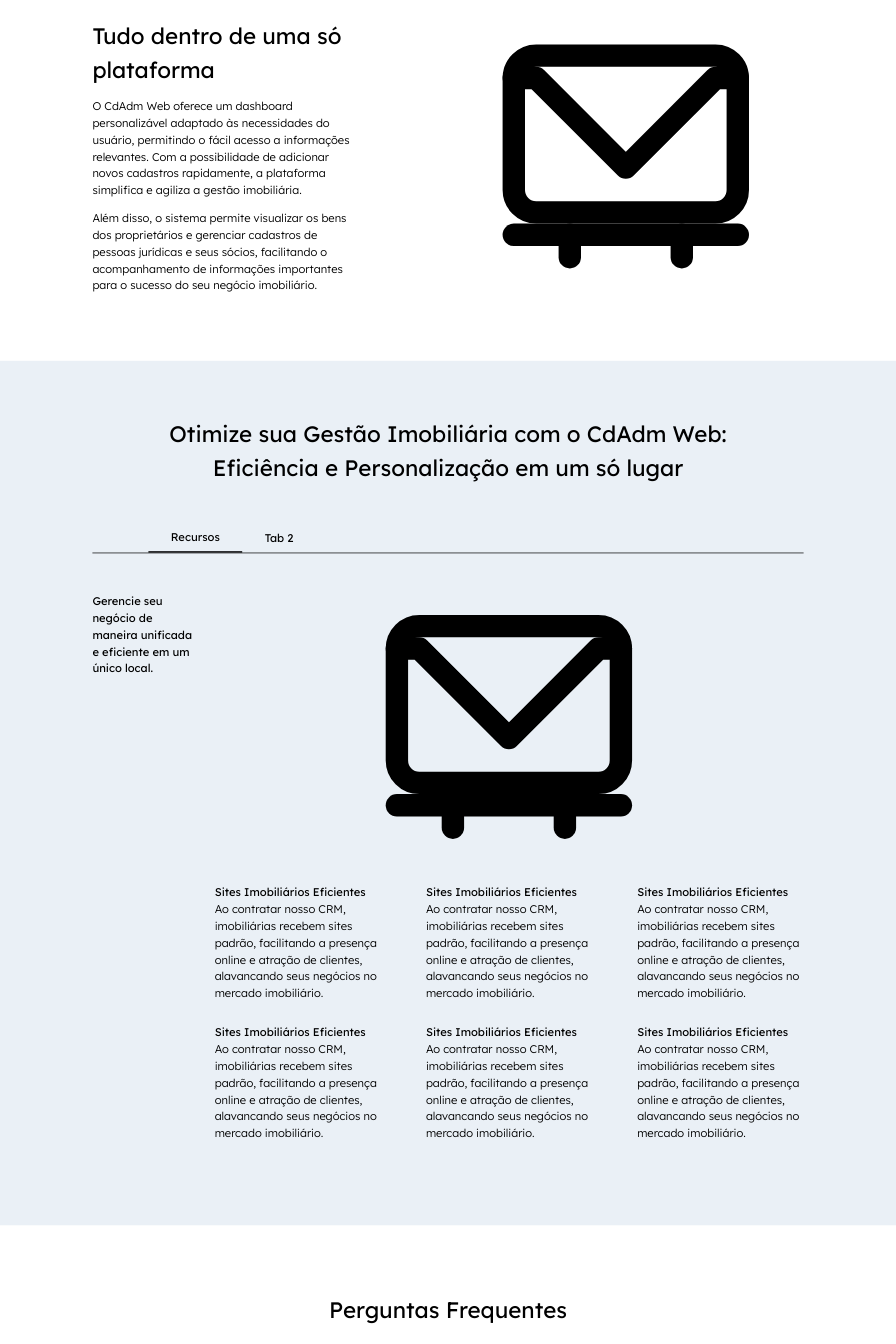
Repository: VereAbsolutum/site-institucional
Page: /cdAdmgrafico
The author's editor kept a copy of each file at every save. The page is drawn from the files as they stood at one save, then again after the next save.
The browser window is 1280 px wide. The pictures show the part of the page from y = 628 to 2548 px (the page is 3162 px tall), at 70% of full size.
The project was rebuilt for these pictures with package versions that can differ from the ones it lists, and the page was loaded fresh each time. Also part of the build but not shown: vite.config.ts, src/presentation/components/buttons/button-base.tsx, src/presentation/components/buttons/button-border-primary.tsx, src/presentation/components/buttons/button-primary.tsx, src/presentation/components/links/link-border-primary.tsx, src/presentation/components/links/link-border-white.tsx, src/presentation/components/typography/display.tsx, src/presentation/components/typography/paragraph-small.tsx and 12 more.

Above is the page before, as saved 2023-04-16 19:13:36.

### src/App.tsx
import React from 'react'
import { BrowserRouter, Routes, Route } from "react-router-dom"
import { Home, NotFound, Product } from './presentation/pages'

const App: React.FC = () => {
  return (
    <BrowserRouter >
      <Routes>
        <Route path='/' element={<Home />} />
        <Route path='/cdAdmgrafico' element={<Product />} />
        <Route path='*' element={<NotFound />} />
      </Routes>
    </BrowserRouter>
  )
}

export default App

### src/index.css
@import url('https://fonts.googleapis.com/css2?family=Lexend+Deca:wght@300;400&family=Manrope:wght@800&family=Playfair+Display:wght@500&display=swap');

@tailwind base;
@tailwind components;
@tailwind utilities;

### src/presentation/pages/index.ts
export { default as Home } from './home/home'
export { default as Product } from './product/product'
export { default as NotFound } from './not-found/notFound'

### src/presentation/pages/product/product.tsx
import { Tab } from '@headlessui/react';
import { MapPinIcon } from '@heroicons/react/24/solid';
import React, { useState } from 'react';
import { Accordion, Footer, Header, LinkPrimary, TabButton, TabPanel, TextHeading1, TextHeading2, TextParagraph } from '../../components';

export type Pergunta = {
    title: string,
    content: string
}

const product: React.FC = () => {
    const [activeTab, setActiveTab] = useState(0);

    const perguntasFrequentes: Pergunta[] = [
        {
            title: 'Pergunta',
            content: 'Resposta para a pergunta 1. Lorem ipsum dolor sit amet, consectetur adipiscing elit.'
        },
        {
            title: 'Pergunta',
            content: 'Resposta para a pergunta 1. Lorem ipsum dolor sit amet, consectetur adipiscing elit.'
        },
        {
            title: 'Pergunta',
            content: 'Resposta para a pergunta 1. Lorem ipsum dolor sit amet, consectetur adipiscing elit.'
        },
        {
            title: 'Pergunta',
            content: 'Resposta para a pergunta 1. Lorem ipsum dolor sit amet, consectetur adipiscing elit.'
        },
        {
            title: 'Pergunta',
            content: 'Resposta para a pergunta 1. Lorem ipsum dolor sit amet, consectetur adipiscing elit.'
        },
    ]

    return (
        <>
            <Header />
            <main>
                <section>
                    <div className='container py-12 mb-12'>
                        <div className='grid grid-cols-1 sm:grid-cols-2'>
                            <div className='flex justify-center items-center'>
                                <svg xmlns="http://www.w3.org/2000/svg" width="150" height="150" viewBox="0 0 24 24" fill="none" stroke="currentColor" strokeWidth="2" strokeLinecap="round" strokeLinejoin="round" className="w-full h-auto sm:max-w-sm">
                                    <rect x="2" y="3" width="20" height="14" rx="2" ry="2"></rect>
                                    <path d="M22 5H20L12 13L4 5H2"></path>
                                    <line x1="2" y1="19" x2="22" y2="19"></line>
                                    <line x1="7" y1="19" x2="7" y2="21"></line>
                                    <line x1="17" y1="19" x2="17" y2="21"></line>
                                </svg>
                            </div>

                            <div className='sm:pt-10'>
                                <p className='m-0'>
                                    <MapPinIcon className="w-6 h-6 text-indigo-600 inline-block mr-2" />
                                    <TextParagraph className='text-semibold'>CdAdm Web</TextParagraph>
                                </p>
                                <h1 className='mb-4'>
                                    <TextHeading1>
                                        CRM para sua Empresa
                                    </TextHeading1>
                                </h1>
                                <div className='mb-4'>
                                    <LinkPrimary className='py-4 block md:inline-block text-center lg:text-left hidden'>
                                        Começe agora e peça uma demonstração
                                    </LinkPrimary>
                                    <LinkPrimary className='py-4 block md:hidden text-center lg:text-left'>
                                        Peça uma demonstração
                                    </LinkPrimary>
                                </div>

                                <p className='mb-4 pr-12'>
                                    <TextParagraph>
                                        O CdAdm Web é uma solução inovadora em CRM para imobiliárias, otimizando a gestão do seu negócio e fortalecendo sua marca no mundo digital. Eficiência na palma da sua mão.
                                    </TextParagraph>
                                </p>
                            </div>
                        </div>
                    </div>
                </section>

                <section>
                    <div className='container py-12 mb-12'>
                        <div className='grid sm:grid-cols-2'>
                            <div className='sm:pr-32'>
                                <h2 className='mb-4'>
                                    <TextHeading2>
                                        Tudo dentro de uma só plataforma
                                    </TextHeading2>
                                </h2>
                                <p className='mb-4'>
                                    <TextParagraph>
                                        O CdAdm Web oferece um dashboard personalizável adaptado às necessidades do usuário, permitindo o fácil acesso a informações relevantes. Com a possibilidade de adicionar novos cadastros rapidamente, a plataforma simplifica e agiliza a gestão imobiliária.
                                    </TextParagraph>
                                </p>
                                <p>
                                    <TextParagraph>
                                        Além disso, o sistema permite visualizar os bens dos proprietários e gerenciar cadastros de pessoas jurídicas e seus sócios, facilitando o acompanhamento de informações importantes para o sucesso do seu negócio imobiliário.
                                    </TextParagraph>
                                </p>
                            </div>

                            <div className='flex justify-center items-center'>
                                <svg xmlns="http://www.w3.org/2000/svg" width="150" height="150" viewBox="0 0 24 24" fill="none" stroke="currentColor" strokeWidth="2" strokeLinecap="round" strokeLinejoin="round" className="w-full h-auto sm:max-w-sm">
                                    <rect x="2" y="3" width="20" height="14" rx="2" ry="2"></rect>
                                    <path d="M22 5H20L12 13L4 5H2"></path>
                                    <line x1="2" y1="19" x2="22" y2="19"></line>
                                    <line x1="7" y1="19" x2="7" y2="21"></line>
                                    <line x1="17" y1="19" x2="17" y2="21"></line>
                                </svg>
                            </div>
                        </div>

                    </div>
                </section>

                <section className='bg-blue-light border-0'>
                    <div className='container py-20 mb-12'>
                        <h2 className='text-center px-20 mb-14'>
                            <TextHeading2 >
                                Otimize sua Gestão Imobiliária com o CdAdm Web: Eficiência e Personalização em um só lugar
                            </TextHeading2>
                        </h2>
                        <div>

                            <div className="flex border-b mb-4 px-20">
                                <TabButton title="Recursos" active={activeTab === 0} onClick={() => setActiveTab(0)} />
                                <TabButton title="Tab 2" active={activeTab === 1} onClick={() => setActiveTab(1)} />
                            </div>
                            <TabPanel active={activeTab === 0}>

                                <div className="grid grid-cols-6 gap-8 py-10">
                                    <div>
                                        <TextParagraph className='font-500'>
                                            Gerencie seu negócio de maneira unificada e eficiente em um único local.
                                        </TextParagraph>
                                    </div>
                                    <div className='col-span-5'>
                                        <div className='grid gap-8'>
                                            <div className='flex justify-center items-center'>
                                                <svg xmlns="http://www.w3.org/2000/svg" width="150" height="150" viewBox="0 0 24 24" fill="none" stroke="currentColor" strokeWidth="2" strokeLinecap="round" strokeLinejoin="round" className="w-full h-auto sm:max-w-sm">
                                                    <rect x="2" y="3" width="20" height="14" rx="2" ry="2"></rect>
                                                    <path d="M22 5H20L12 13L4 5H2"></path>
                                                    <line x1="2" y1="19" x2="22" y2="19"></line>
                                                    <line x1="7" y1="19" x2="7" y2="21"></line>
                                                    <line x1="17" y1="19" x2="17" y2="21"></line>
                                                </svg>
                                            </div>
                                            <div className='grid grid-cols-3 gap-x-16 gap-y-8'>
                                                <div>
                                                    <h3>
                                                        <TextParagraph className='font-500'>
                                                            Sites Imobiliários Eficientes
                                                        </TextParagraph>
                                                    </h3>
                                                    <p>
                                                        <TextParagraph>
                                                            Ao contratar nosso CRM, imobiliárias recebem sites padrão, facilitando a presença online e atração de clientes, alavancando seus negócios no mercado imobiliário.
                                                        </TextParagraph>
                                                    </p>
                                                </div>

                                                <div>
                                                    <h3>
                                                        <TextParagraph className='font-500'>
                                                            Sites Imobiliários Eficientes
                                                        </TextParagraph>
                                                    </h3>
                                                    <p>
                                                        <TextParagraph>
                                                            Ao contratar nosso CRM, imobiliárias recebem sites padrão, facilitando a presença online e atração de clientes, alavancando seus negócios no mercado imobiliário.
                                                        </TextParagraph>
                                                    </p>
                                                </div>

                                                <div>
                                                    <h3>
                                                        <TextParagraph className='font-500'>
                                                            Sites Imobiliários Eficientes
                                                        </TextParagraph>
                                                    </h3>
                                                    <p>
                                                        <TextParagraph>
                                                            Ao contratar nosso CRM, imobiliárias recebem sites padrão, facilitando a presença online e atração de clientes, alavancando seus negócios no mercado imobiliário.
                                                        </TextParagraph>
                                                    </p>
                                                </div>

                                                <div>
                                                    <h3>
                                                        <TextParagraph className='font-500'>
                                                            Sites Imobiliários Eficientes
                                                        </TextParagraph>
                                                    </h3>
                                                    <p>
                                                        <TextParagraph>
                                                            Ao contratar nosso CRM, imobiliárias recebem sites padrão, facilitando a presença online e atração de clientes, alavancando seus negócios no mercado imobiliário.
                                                        </TextParagraph>
                                                    </p>
                                                </div>

                                                <div>
                                                    <h3>
                                                        <TextParagraph className='font-500'>
                                                            Sites Imobiliários Eficientes
                                                        </TextParagraph>
                                                    </h3>
                                                    <p>
                                                        <TextParagraph>
                                                            Ao contratar nosso CRM, imobiliárias recebem sites padrão, facilitando a presença online e atração de clientes, alavancando seus negócios no mercado imobiliário.
                                                        </TextParagraph>
                                                    </p>
                                                </div>
                                                <div>
                                                    <h3>
                                                        <TextParagraph className='font-500'>
                                                            Sites Imobiliários Eficientes
                                                        </TextParagraph>
                                                    </h3>
                                                    <p>
                                                        <TextParagraph>
                                                            Ao contratar nosso CRM, imobiliárias recebem sites padrão, facilitando a presença online e atração de clientes, alavancando seus negócios no mercado imobiliário.
                                                        </TextParagraph>
                                                    </p>
                                                </div>
                                            </div>
                                        </div>
                                    </div>
                                </div>
                            </TabPanel>
                            <TabPanel active={activeTab === 1}>
                                <div className="grid grid-cols-2 gap-4">
                                    <div>

                                    </div>
                                    <div>

                                    </div>
                                </div>
                            </TabPanel>
                        </div>
                    </div>
                </section>

                <section>
                    <div className='container py-12 mb-12'>
                        <h2 className='text-center mb-12'>
                            <TextHeading2 >
                                Perguntas Frequentes
                            </TextHeading2>
                        </h2>
                        <div className='grid gap-4'>
                            {perguntasFrequentes && perguntasFrequentes.map((pergunta, index) =>
                                <Accordion key={index} title={pergunta.title}>
                                    {pergunta.content}
                                </Accordion>
                            )}
                        </div>
                    </div>
                </section>
                <Footer />
            </main>
        </>
    )
};

export default product;

### src/presentation/components/links/link-primary.tsx
// FilledButton.tsx
import React from 'react';
import { LinkBase } from '..';
import { LinkBaseProps } from './link-base/link-base';

const linkPrimary: React.FC<LinkBaseProps> = ({ className, ...rest }) => {
    const baseClasses = 'px-4 py-1 text-lg font-400 text-black duration-100 bg-yellow hover:bg-yellow-40';

    return <LinkBase className={`${baseClasses} ${className}`} {...rest} />;
};

export default linkPrimary;

### src/presentation/components/typography/text-base.tsx
import React from 'react';

export type TextBaseProps = React.HTMLAttributes<HTMLSpanElement> & {
    className?: string;
};

const textBase: React.FC<TextBaseProps> = ({ children, className, ...rest }) => {
    const baseClasses = '';

    return (
        <span className={`${baseClasses} ${className}`} {...rest}>
            {children}
        </span>
    );
};

export default textBase;

### src/presentation/components/typography/heading1.tsx
import React from 'react';
import { TextBase } from '..';
import { TextBaseProps } from './text-base';

const textHeading1: React.FC<TextBaseProps> = ({ children, className, ...rest }) => {
    const baseClasses = 'text-2xl font-semibold';

    return (
        <TextBase className={baseClasses}>
            {children}
        </TextBase>
    );
};

export default textHeading1;

### src/presentation/components/typography/heading2.tsx
import React from 'react';
import { TextBase } from '..';
import { TextBaseProps } from './text-base';

const textHeading2: React.FC<TextBaseProps> = ({ children, className, ...rest }) => {
    const baseClasses = 'text-xxl font-semibold';

    return (
        <TextBase className={baseClasses}>
            {children}
        </TextBase>
    );
};

export default textHeading2;

### src/presentation/components/typography/paragraph.tsx
import React from 'react';
import { TextBase } from '..';
import { TextBaseProps } from './text-base';

const textParagraph: React.FC<TextBaseProps> = ({ children, className, ...rest }) => {
    const baseClasses = 'text-base font-300';

    return (
        <TextBase className={`${baseClasses} ${className}`} {...rest}>
            {children}
        </TextBase>
    );
};

export default textParagraph;

### src/presentation/components/typography/menu.tsx
import React from 'react';
import { TextBase } from '..';
import { TextBaseProps } from './text-base';

const textMenu: React.FC<TextBaseProps> = ({ children, className, ...rest }) => {
    const baseClasses = 'text-lg font-500';

    return (
        <TextBase className={`${baseClasses} ${className}`} {...rest}>
            {children}
        </TextBase>
    );
};

export default textMenu;

### src/presentation/components/tab/tab.tsx
// Tab.tsx
import React from 'react';

export type TabProps = {
    title: string;
    active: boolean;
    onClick: () => void;
}

const tabButton: React.FC<TabProps> = ({ title, active, onClick }) => {
    return (
        <button
            onClick={onClick}
            className={`px-4 py-2 font-semibold px-8 ${active ? 'text-indigo-600 border-b-2 border-indigo-600' : 'text-gray-600'
                }`}
        >
            {title}
        </button>
    );
};

export default tabButton;

### src/presentation/components/tab/tab-painel.tsx
// TabPanel.tsx
import React, { ReactNode } from 'react';

export type TabPanelProps = {
    active: boolean,
    children: ReactNode
}

const tabPanel: React.FC<TabPanelProps> = ({ active, children }) => {
    return <div className={`${active ? 'block' : 'hidden'}`}>{children}</div>;
};

export default tabPanel;

### src/presentation/components/header/components/index.ts
export { default as MobileMenu } from './mobile-menu'
export { default as MainMenu } from './main-menu'

### src/presentation/components/typography/heading3.tsx
import React from 'react';
import { TextBase } from '..';
import { TextBaseProps } from './text-base';

const textHeading3: React.FC<TextBaseProps> = ({ children, className, ...rest }) => {
    const baseClasses = 'text-xl font-semibold';

    return (
        <TextBase className={baseClasses}>
            {children}
        </TextBase>
    );
};

export default textHeading3;

Loaded but not shown: index.html (common file); src/main.tsx (common file); tailwind.config.js (58 lines, source omitted); src/presentation/components/header/components/mobile-menu.tsx (118 lines, source omitted); src/presentation/components/header/components/main-menu.tsx (79 lines, source omitted); src/presentation/components/header/header.tsx (86 lines, source omitted); src/presentation/components/index.ts (33 lines, source omitted); src/presentation/components/footer/footers.tsx (35 lines, source omitted); src/presentation/components/accordion/accordion.tsx (39 lines, source omitted); src/presentation/components/links/link-base/link-base.tsx (18 lines, source omitted)

After the next save:
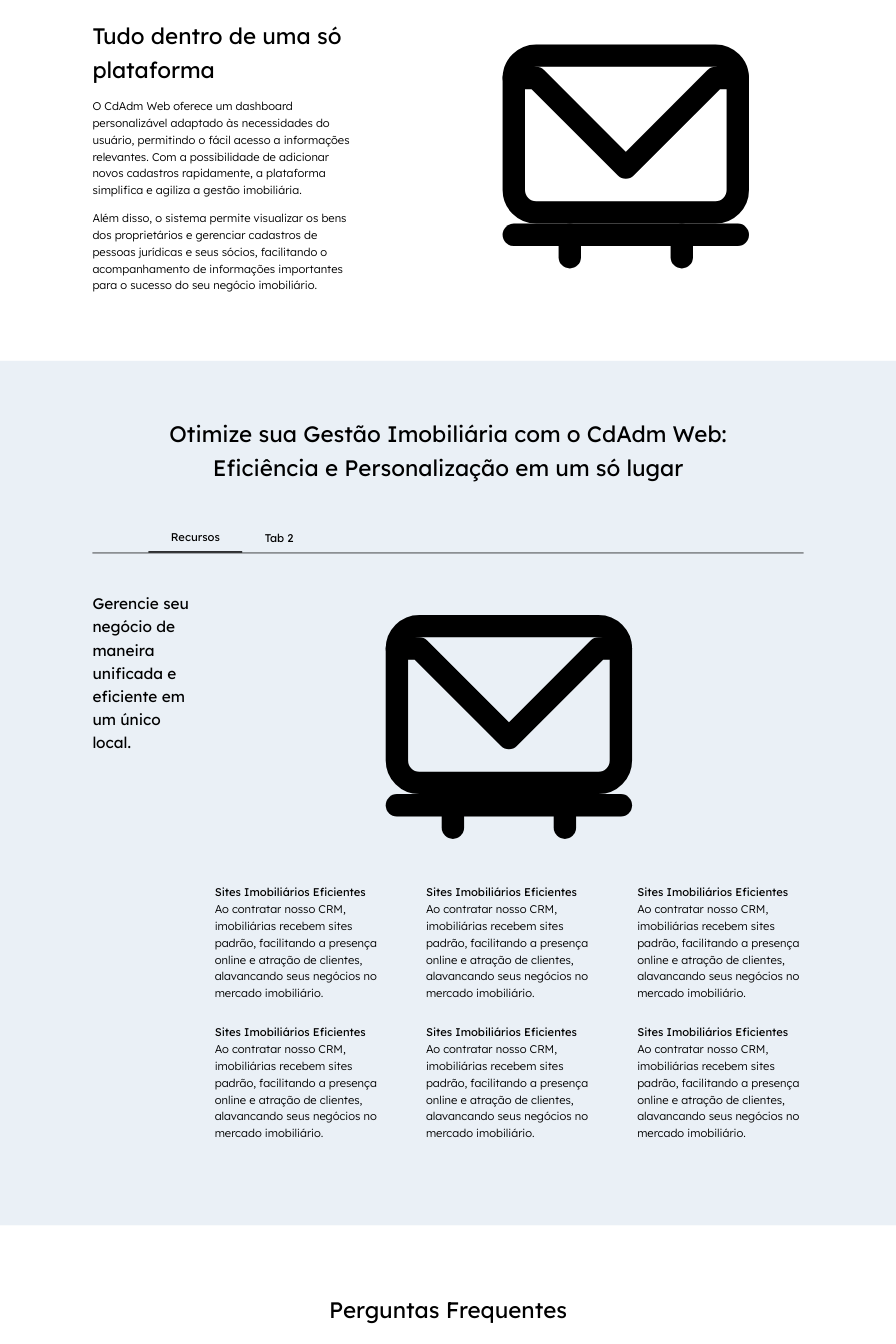
Saved 20 min 34 s later.
--- a/src/presentation/pages/product/product.tsx
+++ b/src/presentation/pages/product/product.tsx
@@ -1,7 +1,7 @@
 import { Tab } from '@headlessui/react';
 import { MapPinIcon } from '@heroicons/react/24/solid';
 import React, { useState } from 'react';
-import { Accordion, Footer, Header, LinkPrimary, TabButton, TabPanel, TextHeading1, TextHeading2, TextParagraph } from '../../components';
+import { Accordion, Footer, Header, LinkPrimary, TabButton, TabPanel, TextHeading1, TextHeading2, TextHeading3, TextParagraph } from '../../components';
 
 export type Pergunta = {
     title: string,
@@ -132,9 +132,9 @@ const product: React.FC = () => {
 
                                 <div className="grid grid-cols-6 gap-8 py-10">
                                     <div>
-                                        <TextParagraph className='font-500'>
+                                        <TextHeading3 className='font-500'>
                                             Gerencie seu negócio de maneira unificada e eficiente em um único local.
-                                        </TextParagraph>
+                                        </TextHeading3>
                                     </div>
                                     <div className='col-span-5'>
                                         <div className='grid gap-8'>
